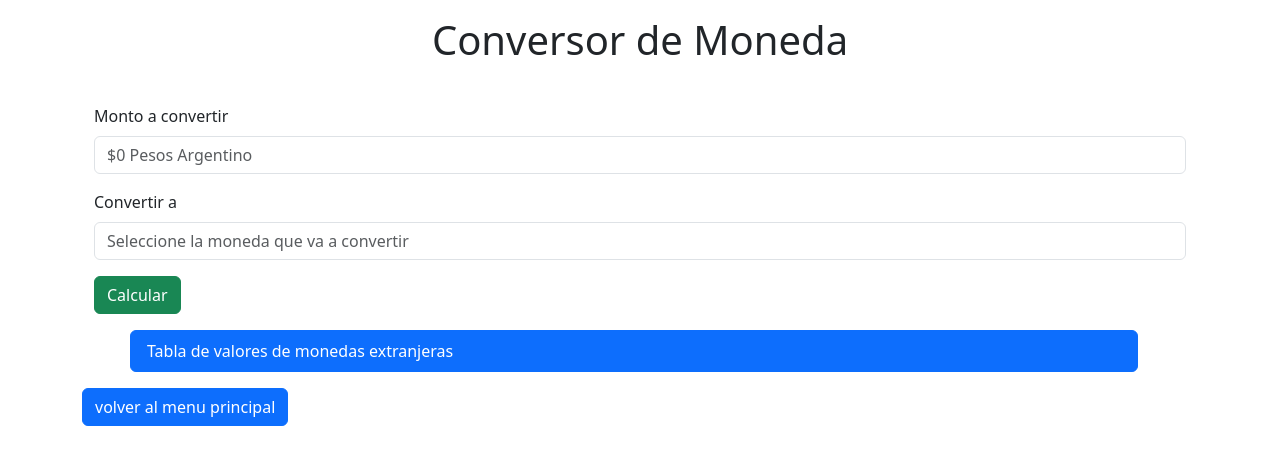
Repository: MaxiSoriano70/ALURA_Challenge_Oracle_ONE_Conversor
Page: http://localhost/conversores/WEB-INF/view/conversorDeMonedas.jsp
The author's editor kept a copy of each file at every save. The page is drawn from the files as they stood at one save, then again after the next save.
The browser window is 1280 px wide. The pictures show the whole page.
The page is served by Tomcat 10. Nobody is signed in. The template is opened directly, without the code that normally fills it, so the values that code supplies are empty.

Above is the page before, as saved 2023-05-14 07:05:35.

After the next save:
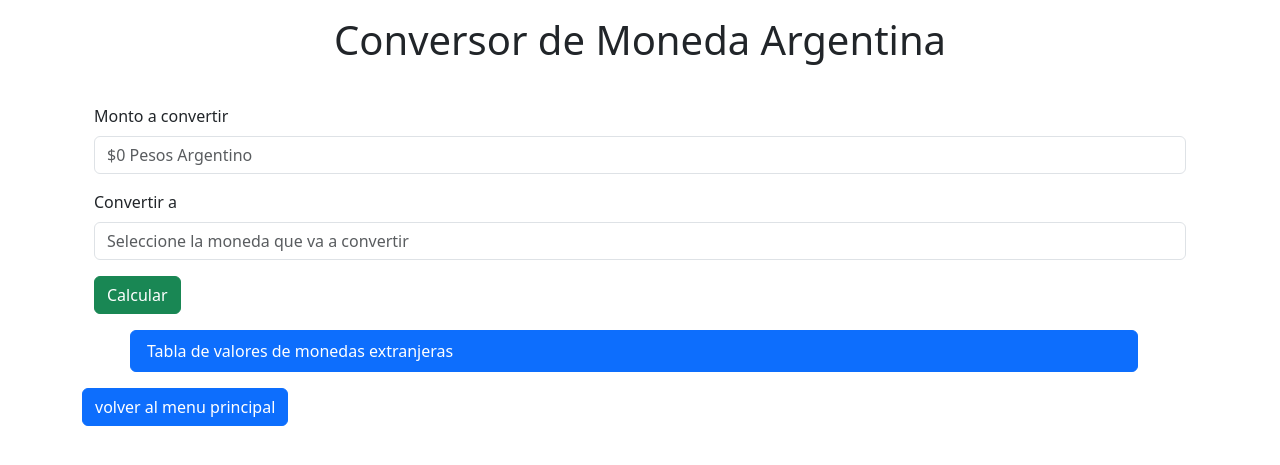
Saved 80 s later.
--- a/Conversor/conversores/src/main/webapp/WEB-INF/view/conversorDeMonedas.jsp
+++ b/Conversor/conversores/src/main/webapp/WEB-INF/view/conversorDeMonedas.jsp
@@ -8,7 +8,7 @@
 <html>
 <head>
 <meta charset="ISO-8859-1">
-<title>Conversor</title>
+<title>Conversor de moneda argentinas</title>
 <link
 	href="https://cdn.jsdelivr.net/npm/bootstrap@5.3.0-alpha3/dist/css/bootstrap.min.css"
 	rel="stylesheet"
@@ -17,7 +17,7 @@
 </head>
 <body class="container">
 	<div class="title text-center py-3">
-		<h1>Conversor de Moneda</h1>
+		<h1>Conversor de Moneda Argentina</h1>
 	</div>
 	<div class="container-md my-3">
 		<form action="${ linkEntradaServlet}" method="post">
